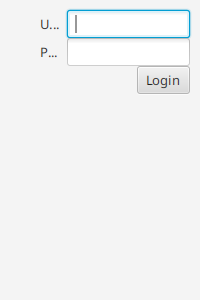
Repository: Tomcat-Seaotter/Java
Program's window: java code14/Lesson41/src/code14/Lesson43.java
An editor plug-in stored every save of this project. The program's window is shown before and after the next save, followed by the edit.
It runs on Java 21 on a 1366 x 768 screen with JavaFX 11; the title bar is not drawn.

Above is the program's window before, as saved 2018-12-24 03:02:11.

After the next save:
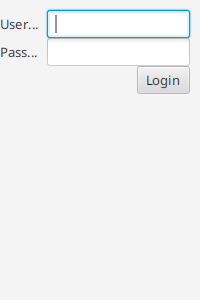
Saved 19 s later.
--- a/code14/Lesson41/src/code14/Lesson43.java
+++ b/code14/Lesson41/src/code14/Lesson43.java
@@ -16,7 +16,7 @@
 	public void start(Stage stage) throws Exception {
 		// TODO Auto-generated method stub
 		GridPane pane1 = new GridPane();
-		pane1.setPadding(new Insets(10,10,40,40));
+		pane1.setPadding(new Insets(10,10,0,0));
 		Label lab1 = new Label("UserName");
 		Label lab2 = new Label("Passowrd");
 		TextField tx1 = new TextField();
